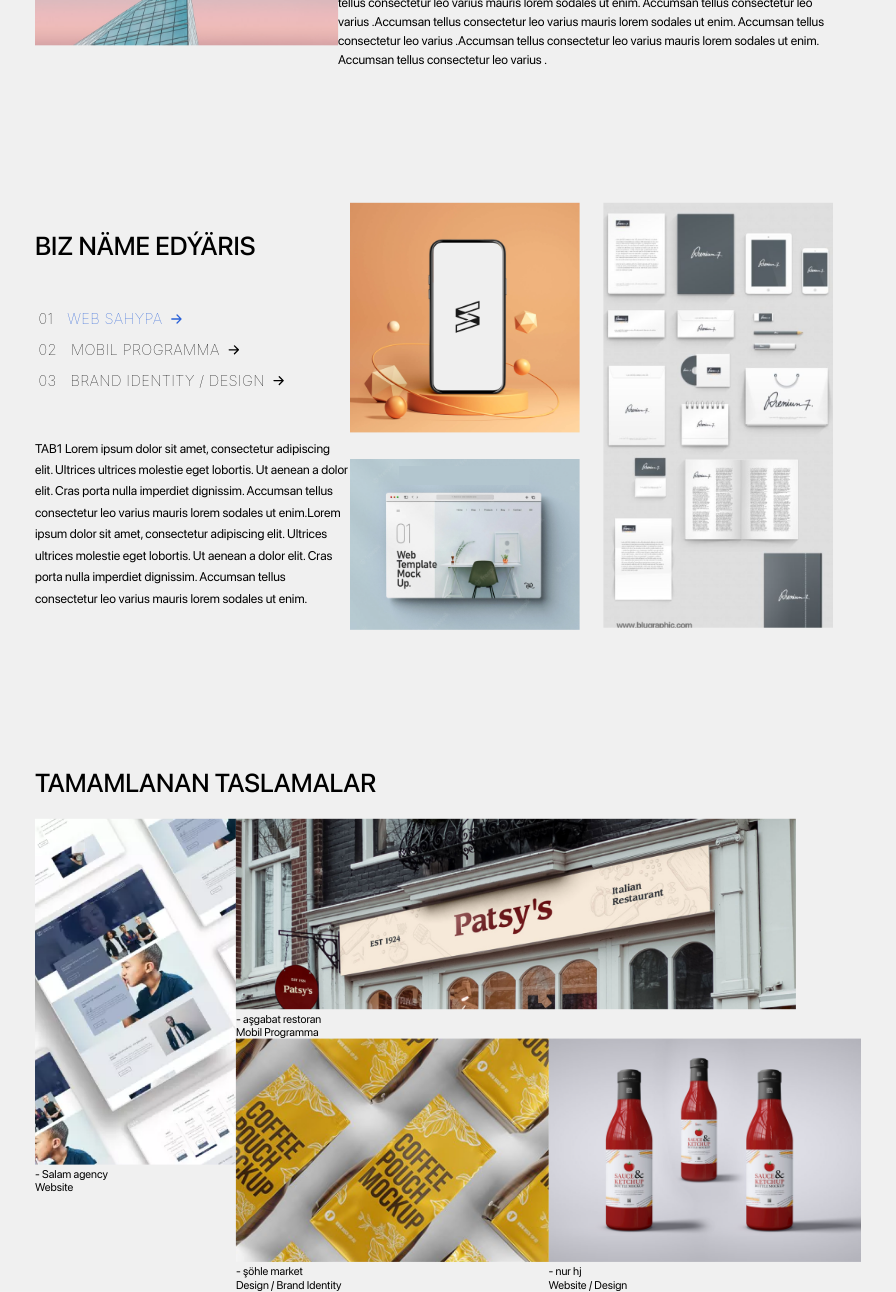
Repository: Meylis7/Sanly-Merkez-Web
Page: main.html
An editor plug-in stored every save of this project. The page is shown before and after the next save, followed by the edit.
The browser window is 1280 px wide. The pictures show the part of the page from y = 1114 to 3034 px (the page is 2959 px tall before and 3034 px after), at 70% of full size.
Some web fonts or font styles are not loaded; a fallback is used.

Above is the page before, as saved 2022-04-29 17:01:15.

After the next save:
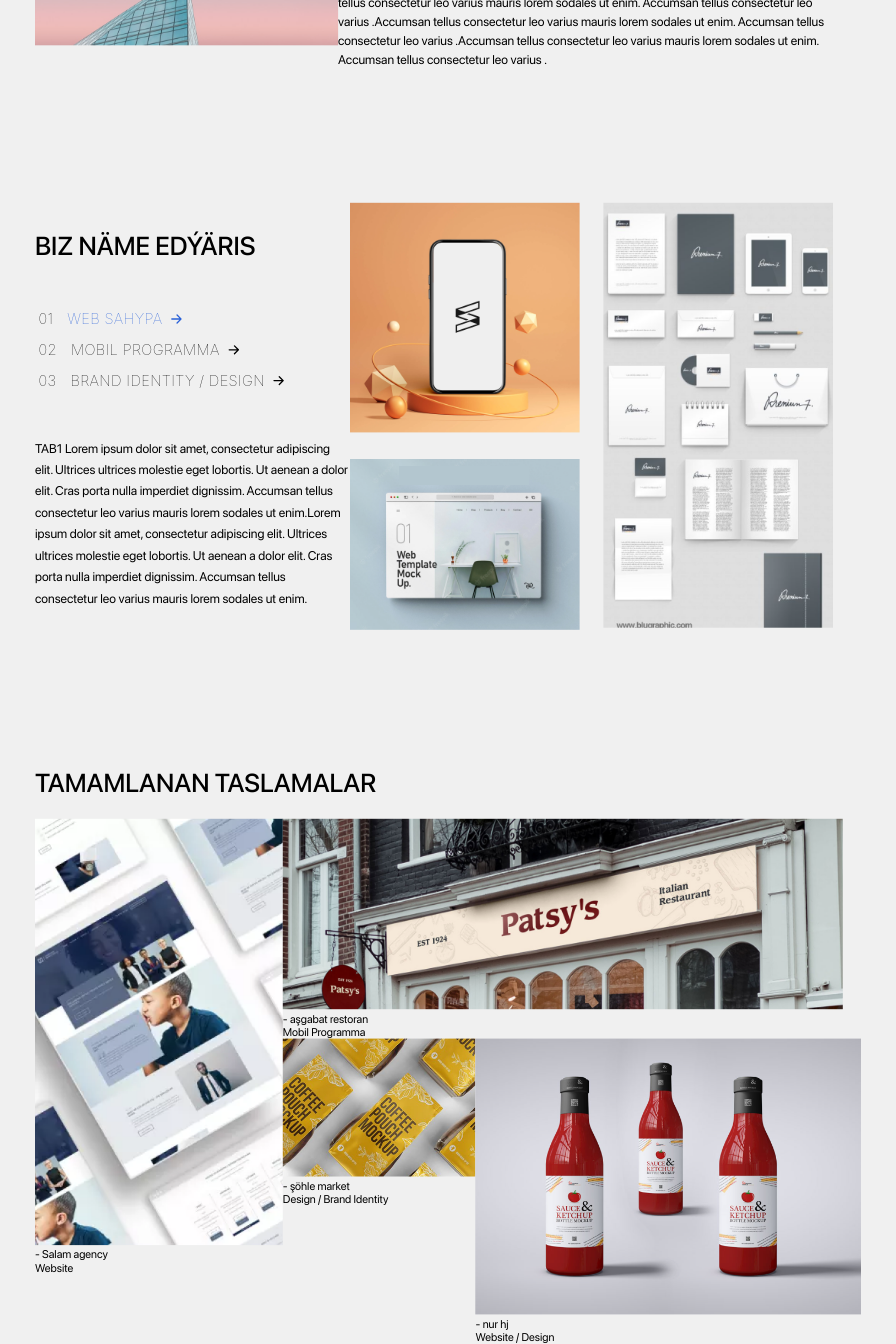
Saved 9 s later.
--- a/css/main.css
+++ b/css/main.css
@@ -533,6 +533,6 @@
 .snd-pro-img{
   max-width: 800px;
 }
-.thd-pro-img{
+.trd-pro-img{
   max-width: 350px;
 }
